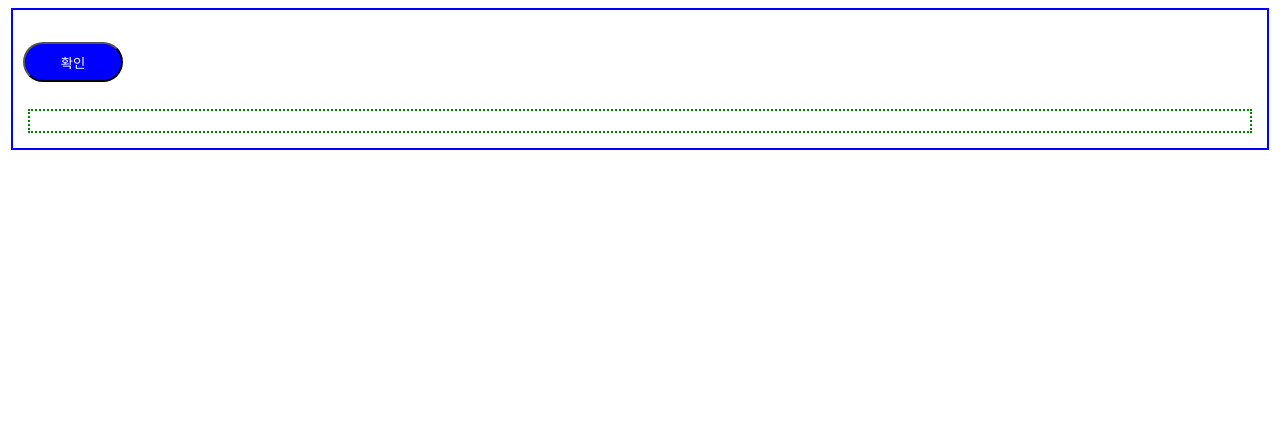
Repository: patternlobe-stack/MY_repository
Page: webpro/src/main/webapp/0915/기본필터.html
These files come from the project's save history. The page is drawn as it stood at one moment and after the next save; the edit follows.
The browser window is 1280 px wide. The pictures show the whole page.

Above is the page before, as saved 2025-09-15 06:54:53.

### webpro/src/main/webapp/0915/기본필터.html
<!DOCTYPE html>
<html>
<head>
<meta charset="UTF-8">
<title>Insert title here</title>
<link rel="stylesheet"  href="../css/public.css">

<script>
</script>

</head>
<body>


<div class="box">
      <h3>
      </h3>
      <input type="button" value="확인" onclick="proc1()" />
      <br /><br />

      <div id="result1"></div>
</div>
</body>
</html>

### webpro/src/main/webapp/css/public.css
@charset "UTF-8";

pre {
  border: 5px inset red;
  margin: 20px;
  padding: 10px;
  font-size: 1.3rem;
}
div {
  border: 2px dotted green;
  padding: 10px;
  margin: 5px;
  font-size: 1.2rem;
}

.box {
  border: 2px solid blue;
  margin: 3px;
  padding: 10px;
}
.box input[type="button"],
.box input[type="submit"] {
  background: blue;
  color: white;
  width: 100px;
  height: 40px;
  border-radius: 50px;
}

After the next save:
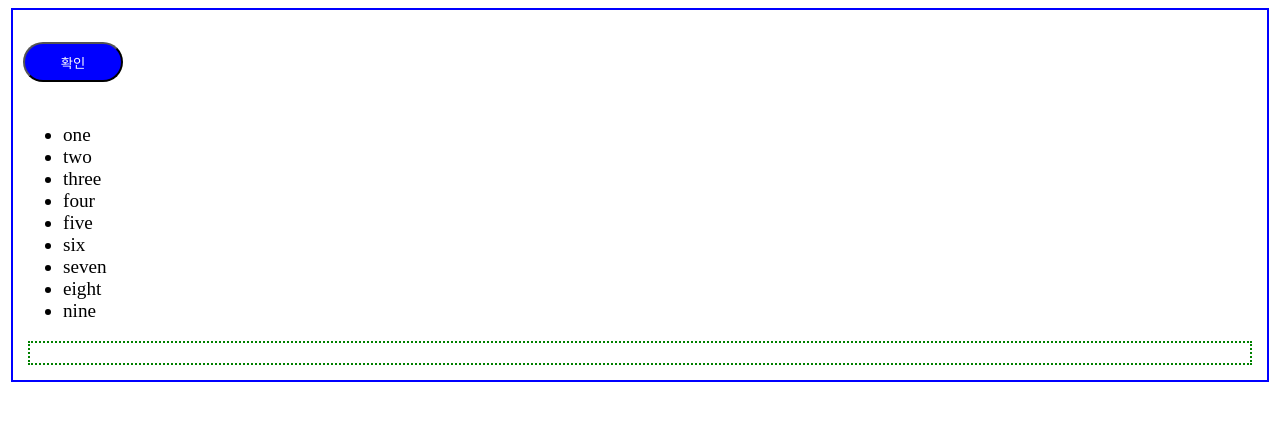
Saved 42 s later.
--- a/webpro/src/main/webapp/0915/기본필터.html
+++ b/webpro/src/main/webapp/0915/기본필터.html
@@ -17,6 +17,19 @@
       </h3>
       <input type="button" value="확인" onclick="proc1()" />
       <br /><br />
+      <body>
+		  <ul>
+		<li>one</li>
+		<li>two</li>
+		<li>three</li>
+		<li>four</li>
+		<li>five</li>
+		<li>six</li>
+		<li>seven</li>
+		<li>eight</li>
+		<li>nine</li>
+		  </ul>
+
 
       <div id="result1"></div>
 </div>
